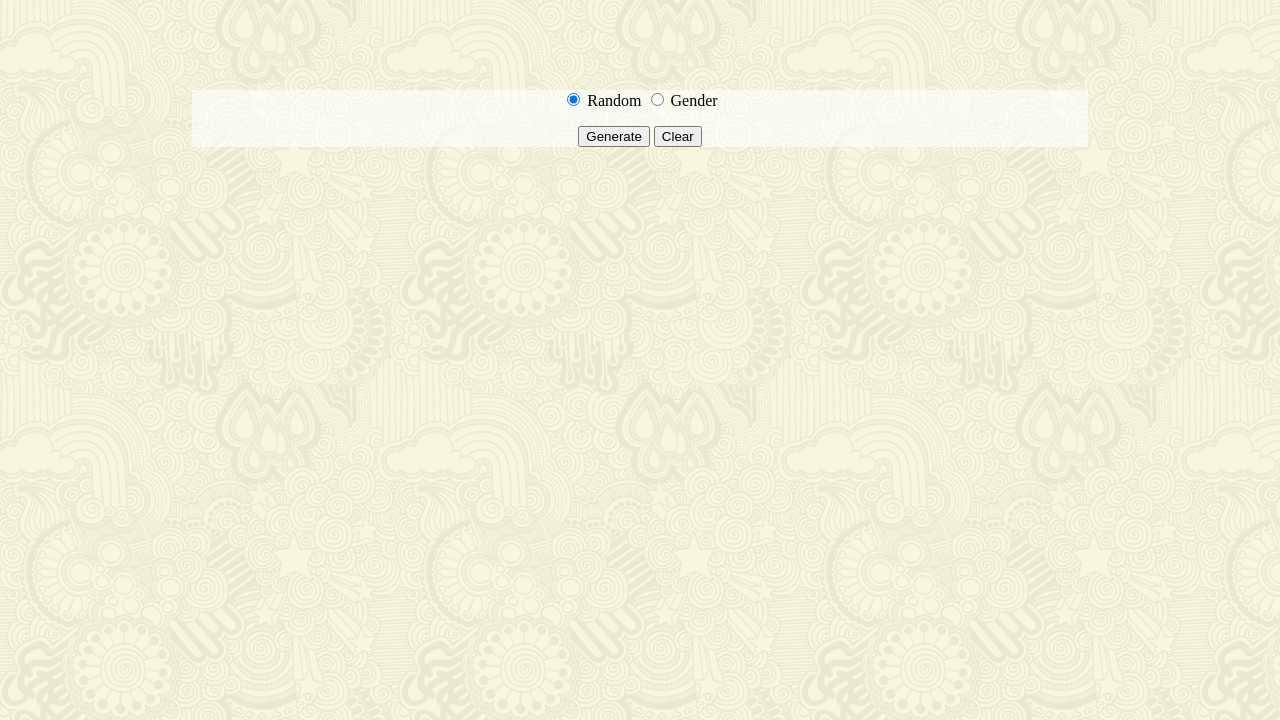
Repository: Maxenboy/Computer-Engineering-BA-A-Web-Programming-with-HTML5-CSS3-and-JavaScript-DT146G
Page: Mittuniversitet/TeamGenerator/index.html
These files come from the project's save history. The page is drawn as it stood at one moment and after the next save; the edit follows.
The browser window is 1280 px wide. The pictures show the whole page.
Backgrounds fixed to the window are drawn as part of the page.

Above is the page before, as saved 2014-09-22 17:36:20.
Console error: ReferenceError: init is not defined

### Mittuniversitet/TeamGenerator/index.html
<!DOCTYPE html>

<!--  Max Åberg
mabe1411
aaberg.max@gmail.com   -->

<html>
	<head>
		<meta charset="utf-8" />
		<title>TeamGenerator</title>
		<link type="text/css" rel="stylesheet" href="css/main.css">
		<link rel="shortcut icon" type="image/png" href="img/favicon.ico">
		<script src="javascript/main.js"></script>
	</head>
	<body onload="init()">
		<section>
			<form >
				<p>
					<input type="radio" value="random" name="foo" id="random" checked>
					Random
					<input type="radio" value="random" name="foo" id="gender">
					Gender
				</p>
				<div id="hidden">
					<div id="left">
					<textarea cols="5" rows="20" wrap="physical" id="men" placeholder="Names of the participants" ></textarea>
					</div>
					<div id="right">
					<textarea cols="5" rows="20" wrap="physical" id="women" placeholder="Names of the participants" ></textarea>
					</div>
				</div>
				<p>
					<input type="submit" value="Generate" />
					<input type="reset" value="Clear" />
				</p>

			</form>
		</section>
	</body>
</html>

### Mittuniversitet/TeamGenerator/css/main.css
/*  Max Åberg
 mabe1411
 aaberg.max@gmail.com   */

html {
	background: url(../img/skulls.png) fixed;
	text-align: center;
}
body {
	background-color: rgba(255,255,255,.6);
	margin: 7% 15% 8% 15%;
}
#wrapper {
	width: 100%;
	overflow: hidden;
	table-layout: fixed;
}
#wrapper div {
	display: table-cell;
	width: 472px;
	vertical-align: middle
}
textarea {
	width: 85%;
}

#hidden div {
	display:none;
}

Loaded but not shown: Mittuniversitet/TeamGenerator/javascript/main.js (no copy from this time; the picture is the same without it)

After the next save:
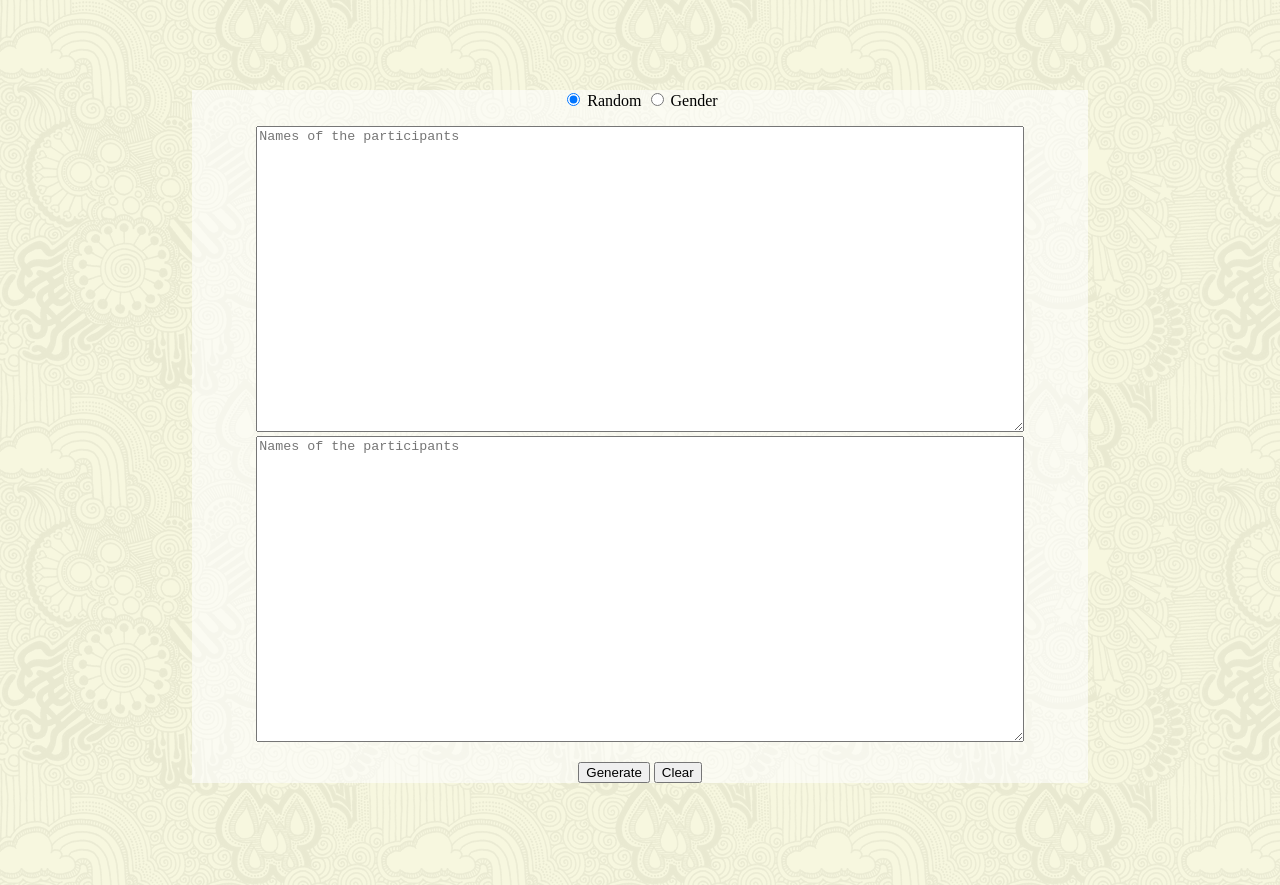
Saved 82 s later.
--- a/Mittuniversitet/TeamGenerator/css/main.css
+++ b/Mittuniversitet/TeamGenerator/css/main.css
@@ -24,6 +24,6 @@
 	width: 85%;
 }
 
-#hidden div {
+.hidden {
 	display:none;
 }
